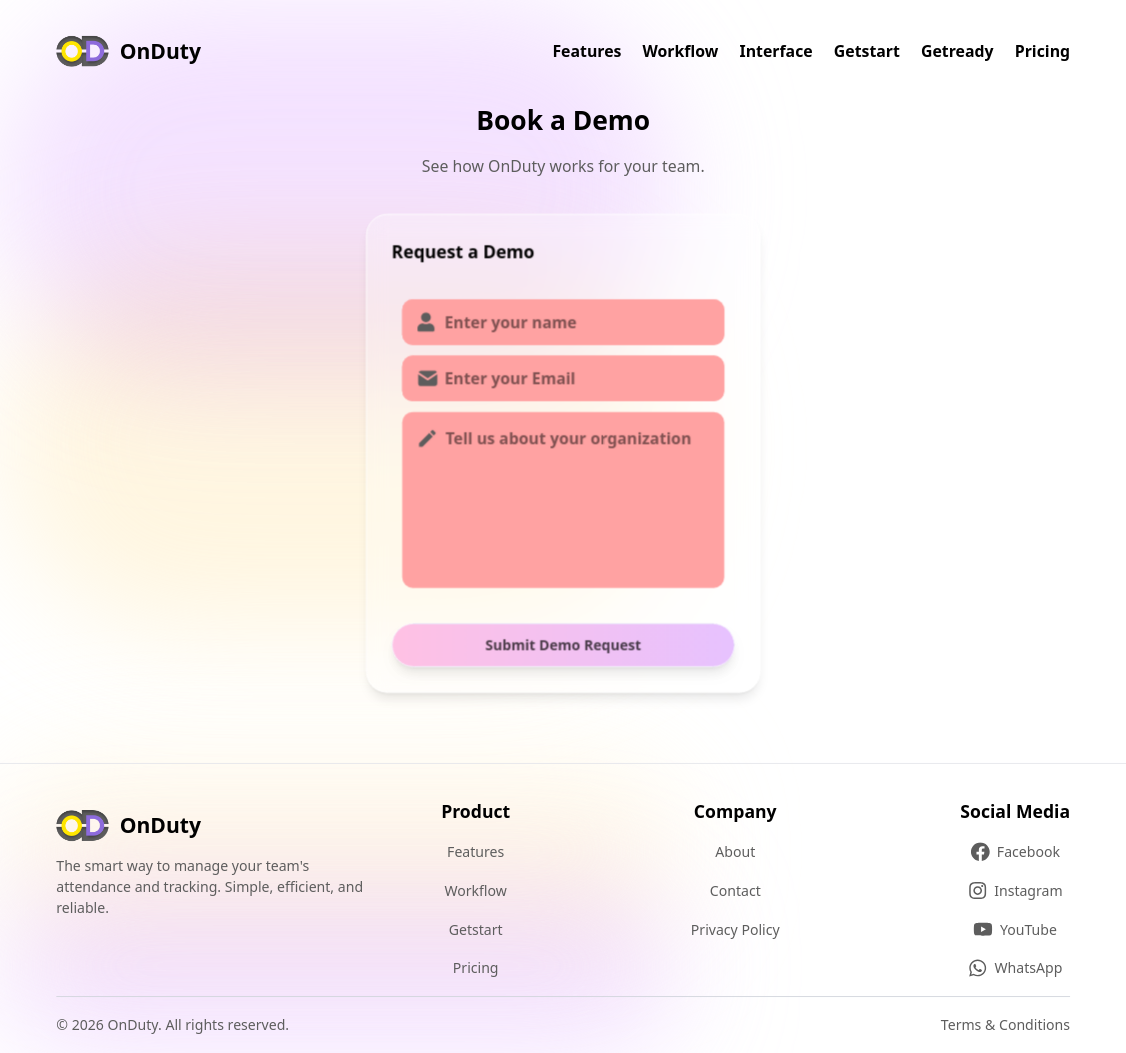
Repository: shekharzorin/ONDUTY-V1
Page: /bookdemo
An editor plug-in stored every save of this project. The page is shown before and after the next save, followed by the edit.
The browser window is 1280 px wide. The pictures show the whole page, at 88% of full size.
The project was rebuilt for these pictures with package versions that can differ from the ones it lists, and the page was loaded fresh each time. The framework's server and built-in components were replaced by stand-ins that run in the browser. Also part of the build but not shown: next.config.mjs, vite.config.js, app/components/ui/Crossicon.tsx.

Above is the page before, as saved 2026-01-17 18:14:39.

### app/layout.tsx
import type { Metadata } from "next";
import { Geist, Geist_Mono } from "next/font/google";
import "./globals.css";
import Navbar from "./components/header/Navbar";

const geistSans = Geist({
  variable: "--font-geist-sans",
  subsets: ["latin"],
});

const geistMono = Geist_Mono({
  variable: "--font-geist-mono",
  subsets: ["latin"],
});

export const metadata: Metadata = {
  title: "Create Next App",
  description: "Generated by create next app",
};

export default function RootLayout({
  children,
}: Readonly<{
  children: React.ReactNode;
}>) {
  return (
    <html lang="en">
      <body
        className={`${geistSans.variable} ${geistMono.variable} antialiased`}
      >
        <Navbar />
        {children}
      </body>
    </html>
  );
}

### app/bookdemo/page.tsx
import Footer from "../components/footer/footer";
import Bookdemo from "../components/sections/bookdemo";

const page = () => {
  return (
    <div className="flex flex-col">
      <Bookdemo />
      <Footer />
    </div>
  );
};

export default page;

### app/globals.css
@import "tailwindcss";

:root {
  --color-primary: #8d6bdc;
  --color-secondary: #e0d4ff;
  --color-bg: #efefef;
  --color-sidebar: #ffffff;
  --color-gray: #5d5d5d;
}

html {
  scroll-behavior: smooth;
}




.flip-card {
  perspective: 1000px;
}

.flip-card-inner {
  transform-style: preserve-3d;
}

.flip-card-front,
.flip-card-back {
  position: absolute;
  width:auto;
  height:auto;
  backface-visibility: hidden;
}

.flip-card-back {
  transform: rotateY(180deg);
}

### app/components/header/Navbar.tsx
"use client";

import Logo from "@/public/images/od_logo.png";
import Image from "next/image";
import Link from "next/link";
import { usePathname } from "next/navigation";
import { useEffect, useState } from "react";
import { MdMenu } from "react-icons/md";
import { motion, AnimatePresence } from "framer-motion";
import { useRouter } from "next/navigation";
import Crossicon from "../ui/Crossicon";

export const navLinks = [
  { name: "Features", id: "features" },
  { name: "Workflow", id: "workflow" },
  { name: "Interface", id: "interface" },
  { name: "Getstart", id: "getstart" },
  { name: "Getready", id: "getready" },
  { name: "Pricing", path: "/pricing/" },
];

const Navbar = () => {
  const pathname = usePathname();
  const [isScrolled, setIsScrolled] = useState(false);
  const [isNavOpen, setIsNavOpen] = useState(false);
  const router = useRouter();
  const [activeSection, setActiveSection] = useState<string | null>(null);

  const handleScrollNav = (id: string) => {
    setActiveSection(id);
    router.push(`/#${id}`);
  };

  useEffect(() => {
    if (pathname !== "/") {
      setActiveSection(null);
    }
  }, [pathname]);

  useEffect(() => {
    if (pathname !== "/") return;
    const hash = window.location.hash.replace("#", "");
    if (hash) {
      setActiveSection(hash);
    } else {
      setActiveSection("features");
    }
  }, [pathname]);

  useEffect(() => {
    const handleScroll = () => setIsScrolled(window.scrollY > 20);
    window.addEventListener("scroll", handleScroll);
    return () => window.removeEventListener("scroll", handleScroll);
  }, []);

  useEffect(() => {
    if (isNavOpen) {
      document.body.style.overflow = "hidden";
    } else {
      document.body.style.overflow = "";
    }
    return () => {
      document.body.style.overflow = "";
    };
  }, [isNavOpen]);

  useEffect(() => {
    if (pathname !== "/") return;

    const sections = [
      "features",
      "workflow",
      "interface",
      "getready",
      "getstart",
    ];
    let locked = true;

    const unlock = () => (locked = false);
    window.addEventListener("scroll", unlock, { once: true });

    const observer = new IntersectionObserver(
      (entries) => {
        if (locked) return;

        entries.forEach((entry) => {
          if (entry.isIntersecting) {
            const id = entry.target.id;

            // 1️⃣ Update active state
            setActiveSection(id);

            // 2️⃣ Update URL hash WITHOUT navigation
            router.replace(`/#${id}`, { scroll: false });
          }
        });
      },
      {
        rootMargin: "-45% 0px -45% 0px",
        threshold: 0,
      }
    );

    sections.forEach((id) => {
      const el = document.getElementById(id);
      if (el) observer.observe(el);
    });

    return () => observer.disconnect();
  }, [pathname, router]);

  return (
    <header
      className={`fixed top-0 left-0 right-0 z-50 border-b transition-all ${
        isScrolled
          ? "bg-transparent backdrop-blur-md border-white shadow-lg py-0"
          : "bg-transparent border-transparent py-5"
      }`}
    >
      <div className="mx-auto w-full px-4 sm:px-6 md:px-8 lg:px-12 xl:px-16 2xl:px-24 max-w-384 py-2 flex items-center justify-between">
        <div className="flex gap-2 lg:gap-3 items-center">
          <Image
            src={Logo}
            alt="Onduty Logo"
            height={60}
            width={60}
            className="flex h-10 w-10 md:h-12 md:w-12 lg:h-15 lg:w-15"
          />
          <h1 className="text-2xl lg:text-2xl font-bold">OnDuty</h1>
        </div>

        {/* Desktop Navbar */}
        <nav className="hidden lg:flex gap-6">
          {navLinks.map((item) => {
            // SCROLL ITEM
            if (item.id) {
              return (
                <button
                  key={item.id}
                  onClick={() => handleScrollNav(item.id)}
                  className={`relative lg:font-semibold xl:font-bold text-lg transition-colors duration-300
                    after:absolute after:left-0 after:-bottom-1 after:h-1
                    after:rounded-full after:bg-(--color-primary)
                    after:transition-all after:duration-300
                    ${
                      activeSection === item.id && pathname === "/"
                        ? "text-(--color-primary)"
                        : "after:w-0 hover:after:w-full"
                    }
                  `}
                >
                  {item.name}
                </button>
              );
            }

            // ROUTE ITEM
            const isActive = pathname === item.path;

            return (
              <Link
                key={item.path}
                href={item.path!}
                className={`relative lg:font-semibold xl:font-bold text-lg transition-colors duration-300
                  after:absolute after:left-0 after:-bottom-1 after:h-1
                  after:rounded-full after:bg-(--color-primary)
                  after:transition-all after:duration-300
                  ${
                    isActive
                      ? "text-(--color-primary)"
                      : "after:w-0 hover:after:w-full"
                  }
                `}
              >
                {item.name}
              </Link>
            );
          })}
        </nav>

        <div className="lg:hidden gap-3">
          <div
            onClick={() => setIsNavOpen(true)}
            className="flex p-1 lg:hidden bg-(--color-secondary) rounded-full border-white border justify-center items-center"
          >
            <MdMenu size={28} className="opacity-10 animate-pulse" />
          </div>

          <AnimatePresence>
            {isNavOpen && (
              <motion.div
                className="fixed inset-0 backdrop-blur-sm bg-black/30 flex justify-end h-screen"
                initial={{ opacity: 0 }}
                animate={{ opacity: 1 }}
                exit={{ opacity: 1 }}
                transition={{ duration: 0.6 }}
              >
                {/* Drawer */}
                <motion.div
                  className="relative w-[70%] md:w-[60%] bg-(--color-sidebar) h-full flex items-center"
                  initial={{ x: "100%" }}
                  animate={{ x: 0 }}
                  exit={{ x: "100%" }}
                  onClick={(e: any) => e.stopPropagation()}
                  transition={{
                    duration: 0.35,
                    ease: "easeInOut",
                  }}
                >
                  {/* Close button */}
                  <div className="flex absolute top-7.25 right-4 md:right-8 lg:hidden z-20 ">
                    <Crossicon onClick={() => setIsNavOpen(false)} />
                  </div>

                  {/* Mobile Navbar */}
                  <nav className="flex flex-col gap-10 p-10 mt-10 w-full">
                    {navLinks.map((item) => {
                      if (item.id) {
                        return (
                          <button
                            key={item.id}
                            onClick={() => {
                              handleScrollNav(item.id);
                              setIsNavOpen(false);
                            }}
                            className={`py-2 w-full relative text-lg font-semibold md:font-bold text-left transition-colors
                              ${
                                activeSection === item.id && pathname === "/"
                                  ? "text-(--color-primary)"
                                  : "text-black/80 hover:text-(--color-primary)"
                              }
                            `}
                          >
                            {item.name}
                          </button>
                        );
                      }

                      const isActive = pathname === item.path;

                      return (
                        <Link
                          key={item.path}
                          href={item.path!}
                          onClick={() => setIsNavOpen(false)}
                          className={`relative text-lg font-semibold md:font-bold py-2
                            ${isActive ? "text-(--color-primary)" : ""}
                          `}
                        >
                          {item.name}
                        </Link>
                      );
                    })}
                  </nav>
                </motion.div>
              </motion.div>
            )}
          </AnimatePresence>
        </div>
      </div>
    </header>
  );
};

export default Navbar;

### app/components/footer/footer.tsx
import Image from "next/image";
import Logo from "@/public/images/od_logo.png";
import Link from "next/link";
import { FaFacebook, FaInstagram, FaWhatsapp, FaYoutube } from "react-icons/fa";
import { ReactNode } from "react";

type FooterLink = {
  label: string;
  href: string;
  external?: boolean;
  icon?: ReactNode;
};

type FooterSection = {
  title: string;
  links: FooterLink[];
};

const footerLinks: FooterSection[] = [
  {
    title: "Product",
    links: [
      { label: "Features", href: "/#features" },
      { label: "Workflow", href: "/#workflow" },
      { label: "Getstart", href: "/#getstart" },
      { label: "Pricing", href: "/pricing/" },
    ],
  },
  {
    title: "Company",
    links: [
      { label: "About", href: "/about" },
      { label: "Contact", href: "/contact" },
      { label: "Privacy Policy", href: "/privacy&policy" },
    ],
  },
  {
    title: "Social Media",
    links: [
      {
        label: "Facebook",
        href: "https://www.facebook.com",
        external: true,
        icon: <FaFacebook size={22} />,
      },
      {
        label: "Instagram",
        href: "https://www.instagram.com",
        external: true,
        icon: <FaInstagram size={22} />,
      },
      {
        label: "YouTube",
        href: "https://www.youtube.com",
        external: true,
        icon: <FaYoutube size={22} />,
      },
      {
        label: "WhatsApp",
        href: "https://www.whatsapp.com",
        external: true,
        icon: <FaWhatsapp size={22} />,
      },
    ],
  },
];

const Footer = () => {
  return (
    <section
      id="footer"
      className="relative px-4 sm:px-6 md:px-8 lg:px-12 xl:px-16 2xl:px-24 max-w-384 w-full border-t border-gray-200"
    >
      {/* Background flare */}
      <div className="absolute top-0 left-1/2 -translate-x-1/2 w-full h-full max-w-7xl pointer-events-none -z-10">
        <div className="absolute bottom-0 w-[60%] h-[60%] bg-[#eccfff] rounded-full blur-3xl opacity-60 mix-blend-multiply filter" />
        <div className="absolute top-0 w-[60%] h-[60%] bg-[#fff4da] rounded-full blur-3xl opacity-60 mix-blend-multiply filter" />
      </div>

      <div className="flex flex-col pt-3 lg:pt-10 lg:flex-row lg:justify-between gap-5 lg:gap-20">
        <div className="flex flex-col gap-1 w-full lg:w-[50%]">
          <div className="flex gap-2 lg:gap-3 items-center">
            <Image
              src={Logo}
              alt="Onduty Logo"
              height={60}
              width={60}
              className="flex h-10 w-10 md:h-12 md:w-12 lg:h-15 lg:w-15"
            />
            <h1 className="text-2xl lg:text-2xl font-bold">OnDuty</h1>
          </div>
          <p className="text-(--color-gray)">
            The smart way to manage your team's attendance and tracking. Simple,
            efficient, and reliable.
          </p>
        </div>

        <div className="flex flex-wrap text-(--color-gray) justify-between w-full gap-5 lg:px-0 text-center">
          {footerLinks.map((section) => (
            <div key={section.title} className="flex flex-col gap-5">
              <p className="text-black text-lg lg:text-xl font-semibold">
                {section.title}
              </p>

              {section.links.map((link) => (
                <Link
                  key={link.label}
                  href={link.href}
                  target={link.external === true ? "_blank" : undefined}
                  rel={
                    link.external === true ? "noopener noreferrer" : undefined
                  }
                  className="hover:text-(--color-primary) transition"
                >
                  <p className="flex items-center gap-2 justify-center">
                    {link.icon}
                    {link.label}
                  </p>
                </Link>
              ))}
            </div>
          ))}
        </div>
      </div>

      <hr className="text-gray-300 mt-5" />
      <div className="text-(--color-gray) flex flex-col md:flex-row md:justify-between gap-5 my-5">
        <p>© 2026 OnDuty. All rights reserved.</p>
        <Link href="#">
          <p>Terms & Conditions</p>
        </Link>
      </div>
    </section>
  );
};

export default Footer;

### app/components/sections/bookdemo.tsx
"use client";

import { FaUser } from "react-icons/fa";
import { TbMailFilled } from "react-icons/tb";
import Inputbox from "../ui/Inputbox";
import { useState } from "react";
import { MdEdit } from "react-icons/md";
import Button from "../ui/Button";
import { motion } from "framer-motion";

const Bookdemo = () => {
  const [form, setForm] = useState({
    name: "",
    email: "",
    message: "",
  });

  const handleChange = (field: string, value: string) => {
    setForm((prev) => ({ ...prev, [field]: value }));
    console.log(form);
  };

  return (
    <section className="flex flex-col gap-10 pb-20 px-4 sm:px-6 md:px-8 lg:px-12 xl:px-16 2xl:px-24 max-w-384 mx-auto items-center justify-center w-full">
      {/* Background flare */}
      <div className="absolute top-0 left-1/2 -translate-x-1/2 w-full h-full max-w-7xl pointer-events-none -z-10">
        <div className="absolute top-0 w-[60%] h-[60%] bg-[#eccfff] rounded-full blur-3xl opacity-60 mix-blend-multiply filter" />
        <div className="absolute bottom-0 w-[60%] h-[60%] bg-[#fff0cd] rounded-full blur-3xl opacity-60 mix-blend-multiply filter" />
      </div>

      <div className="flex flex-col items-center justify-center mt-30 text-center gap-5">
        <p className="text-2xl lg:text-3xl font-bold leading-[1.15] lg:text-balance justify-center items-center">
          Book a Demo
        </p>
        <p className="md:text-lg text-(--color-gray)">
          See how OnDuty works for your team.
        </p>
      </div>

      <motion.div
        initial={{ opacity: 0, scale: 0.5 }}
        animate={{ opacity: 1, scale: 1 }}
        transition={{ type: "spring", stiffness: 100, damping: 20 }}
        className="backdrop-blur-md border border-white bg-white/30 shadow-lg rounded-3xl p-7 flex flex-col gap-10 justify-center w-full max-w-md"
      >
        <p className="font-bold text-xl">Request a Demo</p>

        <form
          className="flex flex-col w-full h-full px-3 gap-3 items-center"
          onSubmit={(e) => e.preventDefault()}
        >
          <Inputbox
            icon={<FaUser size={22} />}
            value={form.name}
            onChange={(v) => handleChange("name", v)}
            placeholder="Enter your name"
            className="rounded-xl bg-red-300 font-semibold md:text-lg text-black"
          />
          <Inputbox
            icon={<TbMailFilled size={26} />}
            type="email"
            value={form.email}
            onChange={(v) => handleChange("email", v)}
            placeholder="Enter your Email"
            className="rounded-xl bg-red-300 font-semibold md:text-lg text-black"
          />

          <div className="flex w-full p-4 bg-red-300 rounded-xl gap-2 text-(--color-gray)">
            <MdEdit size={28} />
            <textarea
              placeholder="Tell us about your organization"
              rows={6}
              className="w-full font-semibold md:text-lg text-black outline-none resize-none"
              value={form.message}
              onChange={(v) => handleChange("message", v.target.value)}
            />
          </div>
        </form>

        <Button
          title="Submit Demo Request"
          onClick={() => {}}
          className="
            border border-white p-3 w-full rounded-full
            bg-linear-to-r from-[#ffc1e4] to-[#e7c2ff]
            hover:animate-pulse text-black/70"
        />
      </motion.div>
    </section>
  );
};

export default Bookdemo;

### app/components/ui/Inputbox.tsx
import React, { useState } from "react";
import {IoMdEye, IoMdEyeOff } from "react-icons/io";

interface InputBoxProps {
  icon?: React.ReactNode;
  placeholder?: string;
  type?: string;
  value: string;
  onChange: (value: string) => void;
  required?: boolean;
  disabled?: boolean;
  error?: string;
  className?: string;

  inputMode?: React.HTMLAttributes<HTMLInputElement>["inputMode"];
  autoCapitalize?: "none" | "sentences" | "words" | "characters";
  autoCorrect?: "on" | "off";
  maxLength?: number;
  pattern?: string;
}


const Inputbox = ({
  icon,
  placeholder = "",
  type = "text",
  value,
  onChange,
  disabled = false,
  className = "",
}: InputBoxProps) => {
  const [showPassword, setShowPassword] = useState(false);

  const isPassword = type === "password";
  const inputType = isPassword && showPassword ? "text" : type;

  return (
    <div className={ `flex flex-col gap-1 w-full bg-(--color-sidebar) ${className}`}>
      <div className="relative flex items-center">

        {icon && (
          <span className="absolute left-4 text-(--color-gray) justify-center items-center">
            {icon}
          </span>
        )}

        <input
          type={inputType}
          placeholder={placeholder}
          value={value}
          onChange={(e) => onChange(e.target.value)}
          disabled={disabled}
          className={`w-full px-5 py-3  pl-12 pr-12 outline-none transition-all font-medium text-(--color-gray) ${
            disabled ? "bg-gray-100" : ""
          } ${className}`}
        />

        {isPassword && (
          <button
            type="button"
            onClick={() => setShowPassword(!showPassword)}
            className="absolute right-4 top-1/2 -translate-y-1/2 text-(--color-gray)"
          >
            {showPassword ? <IoMdEye size={28} /> : <IoMdEyeOff size={28} />}
          </button>
        )}
      </div>
    </div>
  );
};

export default Inputbox;

### app/components/ui/Button.tsx
import { ReactNode } from "react";

interface ButtonProps {
  title: string;
  onClick: () => void;
  type?: "button" | "submit";
  disabled?: boolean;

  /* 🔹 Optional Icon */
  icon?: ReactNode;
  iconPosition?: "left" | "right";

  /* 🔹 External Styles */
  className?: string;
}

const Button = ({
  title,
  onClick,
  type = "button",
  disabled = false,
  icon,
  iconPosition = "left",
  className = "",
}: ButtonProps) => {
  return (
    <button
      type={type}
      onClick={!disabled ? onClick : undefined}
      disabled={disabled}
      className={`
        group
        font-bold shadow-lg
        transition-all transform
        flex items-center justify-center gap-2
        duration-300
        ${
          disabled
            ? "bg-(--color-gray) text-(--color-sidebar) cursor-not-allowed opacity-70 transition-all duration-300"
            : "bg-(--color-primary) text-(--color-sidebar) hover:bg-(--color-secondary) hover:scale-105 hover:text-black cursor-pointer transition-all duration-300"
        }

        ${className}
      `}
    >
      {/* ICON LEFT */}
      {icon && iconPosition === "left" && (
        <span className="button-icon flex items-center">{icon}</span>
      )}

      <span>{title}</span>

      {/* ICON RIGHT */}
      {icon && iconPosition === "right" && (
        <span className="button-icon flex items-center">{icon}</span>
      )}
    </button>
  );
};

export default Button;

After the next save:
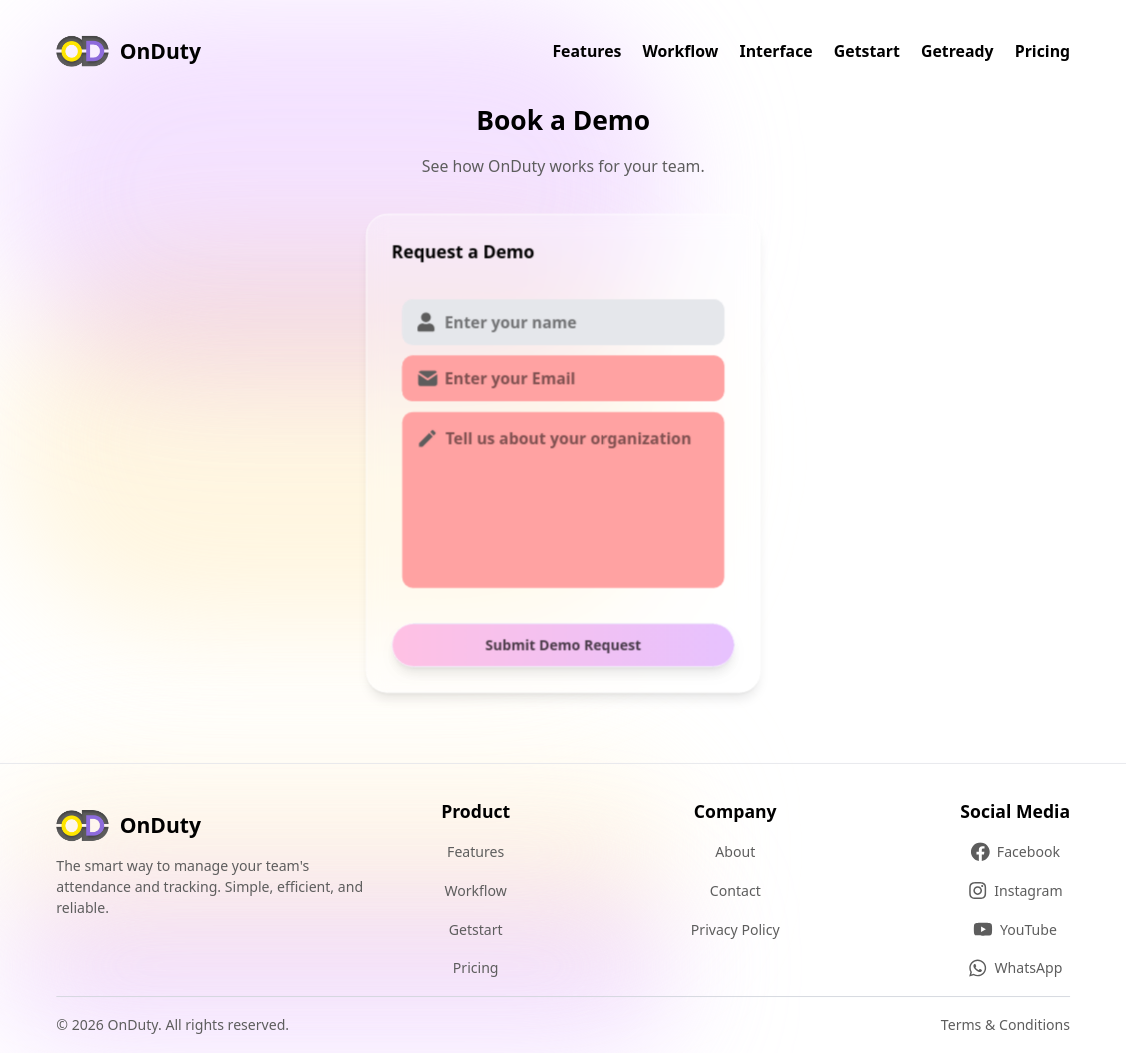
Saved 20 s later.
--- a/app/components/sections/bookdemo.tsx
+++ b/app/components/sections/bookdemo.tsx
@@ -54,7 +54,7 @@ const Bookdemo = () => {
             value={form.name}
             onChange={(v) => handleChange("name", v)}
             placeholder="Enter your name"
-            className="rounded-xl bg-red-300 font-semibold md:text-lg text-black"
+            className="rounded-xl bg-gray-200 font-semibold md:text-lg text-black"
           />
           <Inputbox
             icon={<TbMailFilled size={26} />}
